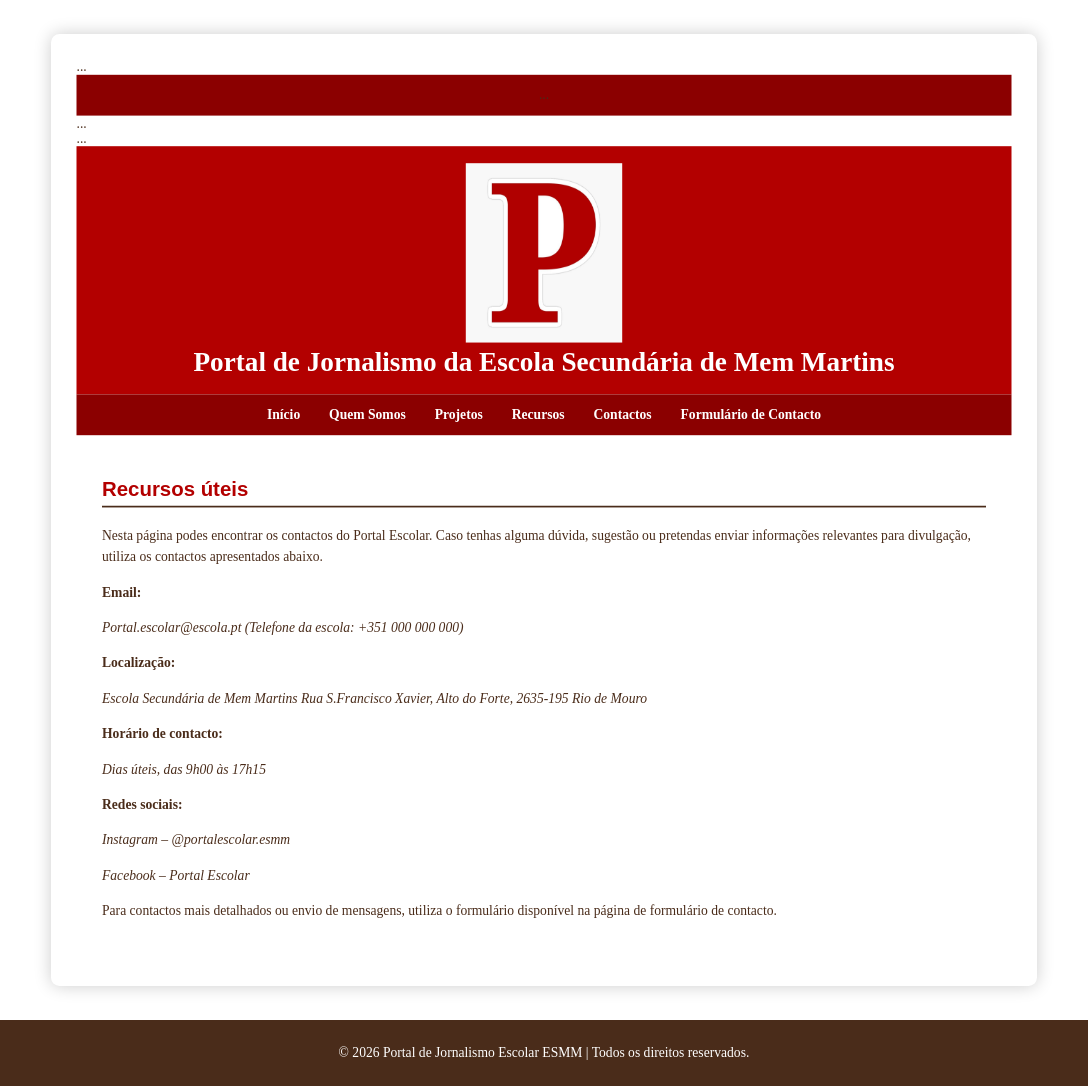
Repository: Sofiampsantos/Portal-de-Jornalismo-Escolar
Page: http://localhost/FormularioContacto/contactos.html
These files come from the project's save history. The page is drawn as it stood at one moment and after the next save; the edit follows.
The browser window is 1280 px wide. The pictures show the whole page, at 85% of full size.
Backgrounds fixed to the window are drawn as part of the page. Some web fonts or font styles are not loaded; a fallback is used. The page is served by Tomcat 10. Other server files are loaded and not shown.

Above is the page before, as saved 2026-05-23 18:16:01.
Console error: ReferenceError: documemnt is not defined

### ProjetoProgV2/FormularioContacto/src/main/webapp/contactos.html
<!DOCTYPE html>
<html>
<head>
<meta charset="UTF-8">
<title>Portal de Jornalismo Escolar - ESMM - Contactos</title>
<link rel="stylesheet" href="styles/estilo.css">
</head>
<body>

 <div class="container">

        <!-- tudo do teu site aqui dentro -->
        <header>...</header>
        <nav>...</nav>
        <main>...</main>
        <footer>...</footer>

<body class="fundo-projetos">

<header id="topo">

<img alt="Fotografia do Portal de Jornalismo Escolar"
		 		src="img/logoP.jpg" style="width: 184px; height: 211px; ">

	<h1>Portal de Jornalismo da Escola Secundária de
	     Mem Martins</h1>
</header>

<nav id="navegacao">
		<ul>
			<li><a href="index.html">Início</a></li>
			<li><a href="quem_somos.html">Quem Somos</a></li>
			<li><a href="projetos.html">Projetos</a></li>
			<li><a href="recursos.html">Recursos</a></li>
			<li><a href="contactos.html">Contactos</a></li>
			<li><a href="contato.jsp">Formulário de Contacto</a></li>
		</ul>
</nav>

<section id="conteudo">

			<h2>Recursos úteis</h2>
			<p>Nesta página podes encontrar os contactos do Portal Escolar.
			Caso tenhas alguma dúvida, sugestão ou pretendas enviar informações
			relevantes para divulgação, utiliza os contactos apresentados abaixo.</p>

			<p>
				<strong>Email: </strong></p>
				<p><i>Portal.escolar@escola.pt (Telefone da escola: +351 000 000 000)</i></p>
				<p><strong>Localização: </strong></p>
				<p><i>Escola Secundária de Mem Martins Rua S.Francisco Xavier,
				Alto do Forte, 2635-195 Rio de Mouro</i></p>
				<p><strong>Horário de contacto: </strong></p>
				<p><i>Dias úteis, das 9h00 às 17h15</i></p>
				<p><strong>Redes sociais: </strong></p>
				<p><i>Instagram – @portalescolar.esmm</i></p>
				<p><i>Facebook – Portal Escolar</i></p>

			<p>Para contactos mais detalhados ou envio de mensagens, utiliza o formulário
			disponível na página de formulário de contacto.</p>


		</section>
        </div>

<footer id="rodape">
		<p>&copy; 2026 Portal de Jornalismo Escolar ESMM | Todos os direitos
			reservados.<p>
	</footer>

	<script src="scripts/script.js"></script>

</body>
</html>

### ProjetoProgV2/FormularioContacto/src/main/webapp/styles/estilo.css
@charset "UTF-8";
@import url('https://fonts.googleapis.com/css2?family=League+Spartan:wght@400;600;700&display=swap');


/* ===== ESTILO GERAL ===== */
body {
    margin: 0;
    padding: 0;
    font-family: "Times New Roman", Times, serif;
    background-color: #ffffff;
    color: #4a2c1a;
}

.container {
    max-width: 1100px;
    margin: 40px auto;
    background-color: white;
    padding: 30px;
    border-radius: 10px;
    box-shadow: 0 0 20px rgba(0,0,0,0.2);
}

/* ===== CABEÇALHO ===== */
#topo {
    background-color: #b30000;
    color: #ffffff;
    padding: 20px;
    text-align: center;
}

#topo h1 { margin: 0; }

/* ===== NAVEGAÇÃO ===== */
nav {
    display: flex;
    justify-content: center;
    background-color: #8B0000;
    padding: 15px 0;
}

nav ul {
    list-style: none;
    padding: 0;
    margin: 0;
}

nav ul li {
    display: inline;
    margin: 0 15px;
}

nav a {
    color: white;
    text-decoration: none;
    font-weight: bold;
}

nav a:hover {
    text-decoration: underline;
}

/* ===== CONTEÚDO E TÍTULOS ===== */
#conteudo { padding: 30px; animation: aparecer 2s ease-in; }

h2 {
    color: #b30000;
    border-bottom: 2px solid #4a2c1a;
    padding-bottom: 5px;
    font-family: 'League Spartan', Arial, sans-serif;
}

p { line-height: 1.6; }

/* ===== IMAGENS ===== */
/* Imagem do logo com classe específica */
.logo { width: 184px; height: 211px; }

/* Imagens do conteúdo */
section img {
    width: 240px;
    height: auto;
    margin: 5px;
}

/* ===== TABELA ===== */
table {
    width: 90%;
    margin: 20px auto;
    border-collapse: collapse;
}

th, td {
    padding: 10px;
    border: 1px solid #4a2c1a;
    text-align: center;
}

th { background-color: #b30000; color: #ffffff; }

/* ===== FORMULÁRIO ===== */
form {
    max-width: 600px;
    margin: 40px auto;
    padding: 30px;
    border-top: 6px solid #8B0000;
    box-shadow: 0 4px 10px rgba(0, 0, 0, 0.1);
}

form input, form textarea, form select {
    width: 100%;
    padding: 10px;
    margin-top: 5px;
    border: 1px solid #c4a484;
}

/* ===== RODAPÉ ===== */
#rodape {
    background-color: #4a2c1a;
    color: #ffffff;
    text-align: center;
    padding: 10px;
    margin-top: 40px;
}

/* ===== ANIMAÇÕES ===== */
@keyframes aparecer {
    from { opacity: 0; }
    to { opacity: 1; }
}

.card { transition: transform 0.3s ease; }
.card:hover { transform: translateY(-5px); }

### ProjetoProgV2/FormularioContacto/src/main/webapp/scripts/script.js
function mostrarMensagem() {
	alert("Estás no Portal de Jornalismo Escolar!");
}

function confirmarPortal() {
	var resposta = confirm("Tens uma notícia ou sugestão?");
	var paragrafo = document.getElementById("resposta");

	if (paragrafo) {
		if(resposta) {
			paragrafo.innerHTML = "Obrigado por contribuir para o Portal Escolar.";
		} else {
			paragrafo.innerHTML = "Talvez noutra altura!";
		}
	} else {
		alert("Erro: element <p id= 'resposta'> não encontrado");
	}
}

function validarFormulario(){
	var nome = document.formulario.nome.value;

	if (nome == "") {
		alert("Por favor, preenche o campo Nome.")
		return false;
}
		alert("Formulário enviado com sucesso!");
		return true;
}

function pedirNome(){
	var nome = prompt("Qual é o teu nome?");

	if (nome != nul && nome != "") {
		documente.getElementById("boasvindas").innerHTML =
		"Olá, " + nome + "! Bem-vindo ao Portal Escolar.";
	}
}

documemnt.addEventListener("DOMContentLoaded", function (){
	document.getElementById("mensagem").innerText=
	"Site carregado com sucesso!";

});

/**`
*
*/

After the next save:
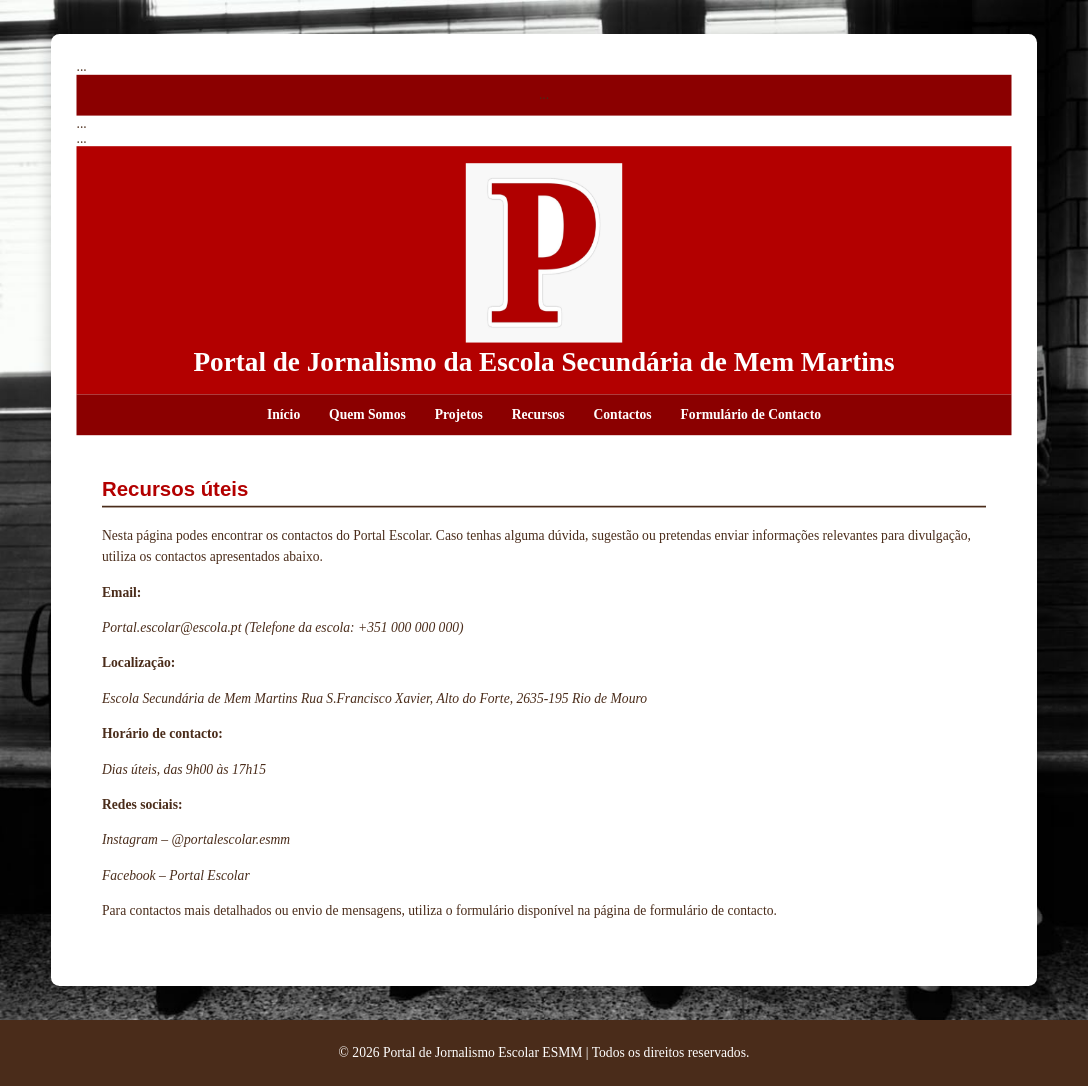
Saved 5 min 38 s later.
--- a/ProjetoProgV2/FormularioContacto/src/main/webapp/styles/estilo.css
+++ b/ProjetoProgV2/FormularioContacto/src/main/webapp/styles/estilo.css
@@ -3,6 +3,14 @@
 
 
 /* ===== ESTILO GERAL ===== */
+body {
+    background-image: url('../img/jornmulheres.jpg');
+    background-size: cover;
+    background-repeat: no-repeat;
+    background-attachment: fixed;
+    background-position: center;
+}
+
 body {
     margin: 0;
     padding: 0;
